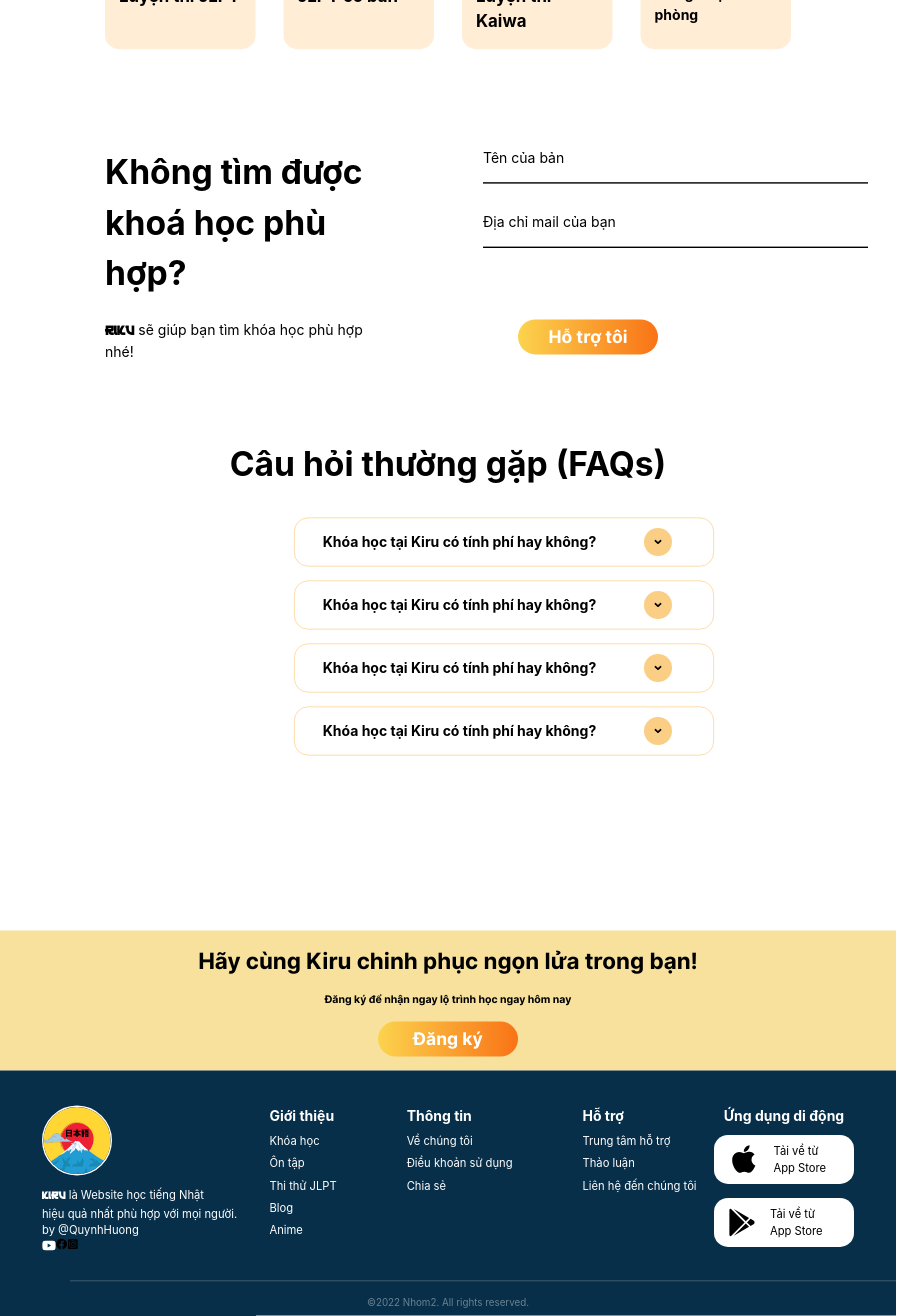
Repository: Quynhhuong150322/Kiru_Website-hoc-tieng-Nhat
Page: /
The author's editor kept a copy of each file at every save. The page is drawn from the files as they stood at one save, then again after the next save.
The browser window is 1280 px wide. The page is 1300 px wide, so the pictures cover 1300 px, including what lies to the right of the window. The pictures show the part of the page from y = 3245 to 5125 px (the page is 5125 px tall), at 70% of full size.
The project was rebuilt for these pictures with package versions that can differ from the ones it lists, and the page was loaded fresh each time.

Above is the page before, as saved 2023-08-17 02:52:10.

After the next save:
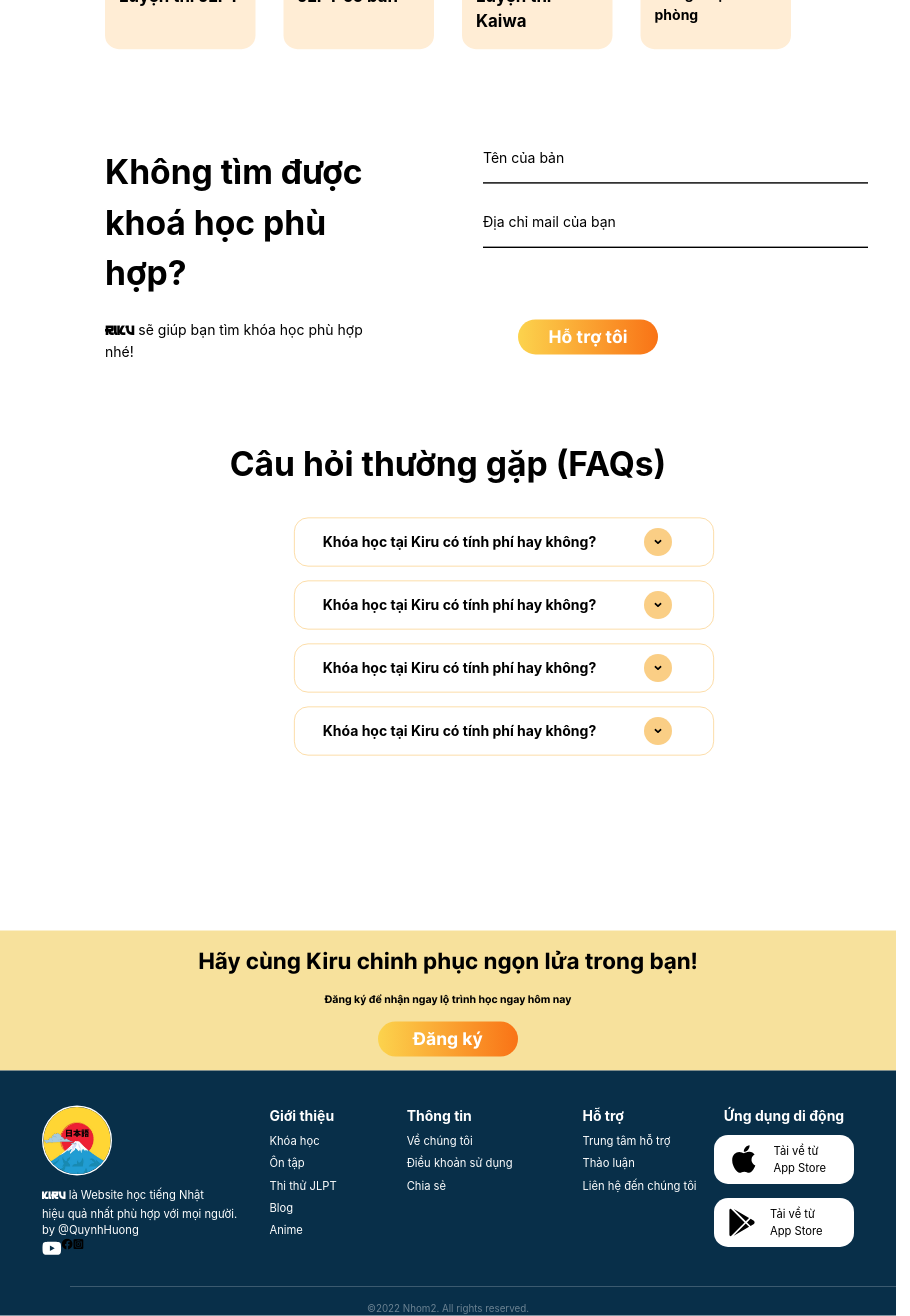
Saved 8 s later.
--- a/src/component/header_footer/footer.js
+++ b/src/component/header_footer/footer.js
@@ -14,7 +14,7 @@ const Footer = () => {
                     />
                     <p className="text-white pt-4"> <a className="font-bold font-japanese">Kiru</a> là Website học tiếng Nhật <p> hiệu quả nhất phù hợp với mọi người.</p> <p className="">by @QuynhHuong</p></p>
                     <div class="flex flex-row">
-                        <FaYoutube className="text-white w-5 h-5"></FaYoutube>
+                        <FaYoutube className="text-white w-7 h-7"></FaYoutube>
                         <FaFacebook></FaFacebook>
                         <FaInstagramSquare></FaInstagramSquare>
                     </div>
